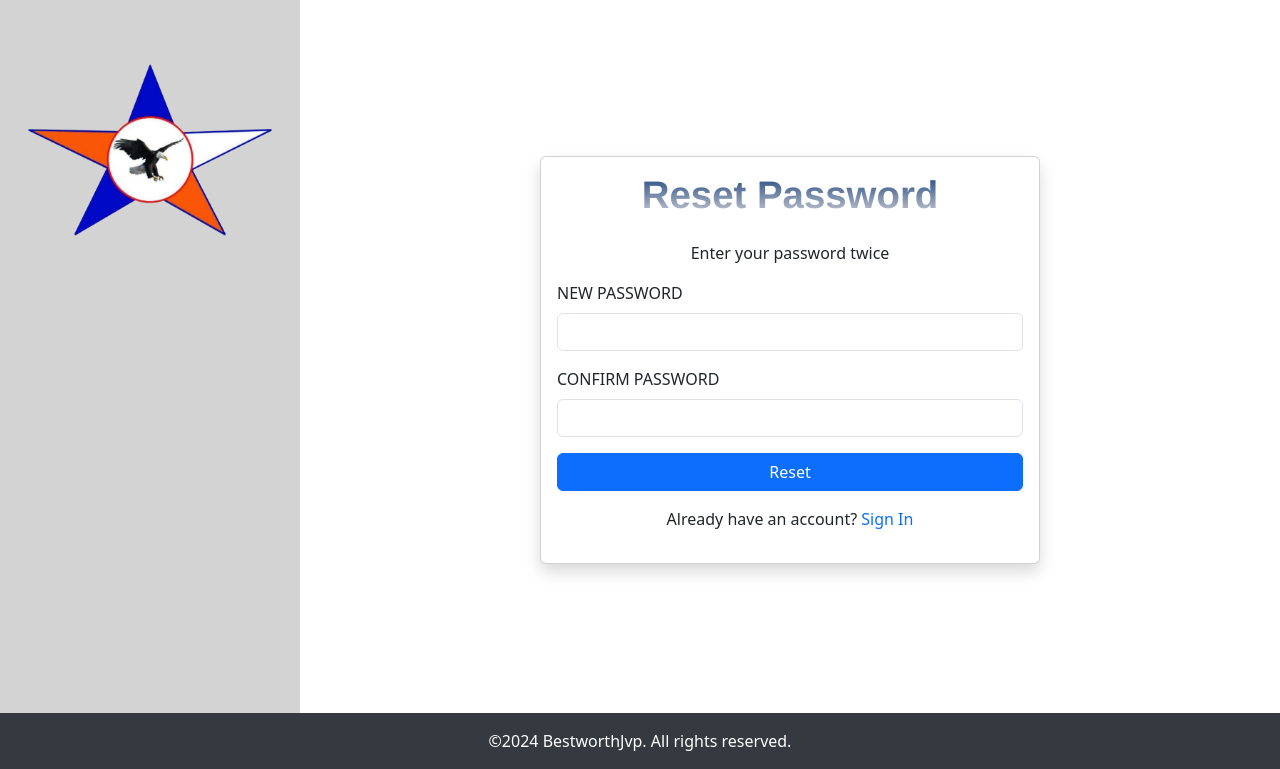
Repository: OVictor21/inventory
Page: /Reset2
These files come from the project's save history. The page is drawn as it stood at one moment and after the next save; the edit follows.
The browser window is 1280 px wide. The pictures show the whole page.
The project was rebuilt for these pictures with package versions that can differ from the ones it lists, and the page was loaded fresh each time. Also part of the build but not shown: src/components/login.jsx, src/components/signup.jsx, src/components/reset1.jsx.

Above is the page before, as saved 2024-12-15 15:10:51.

After the next save:
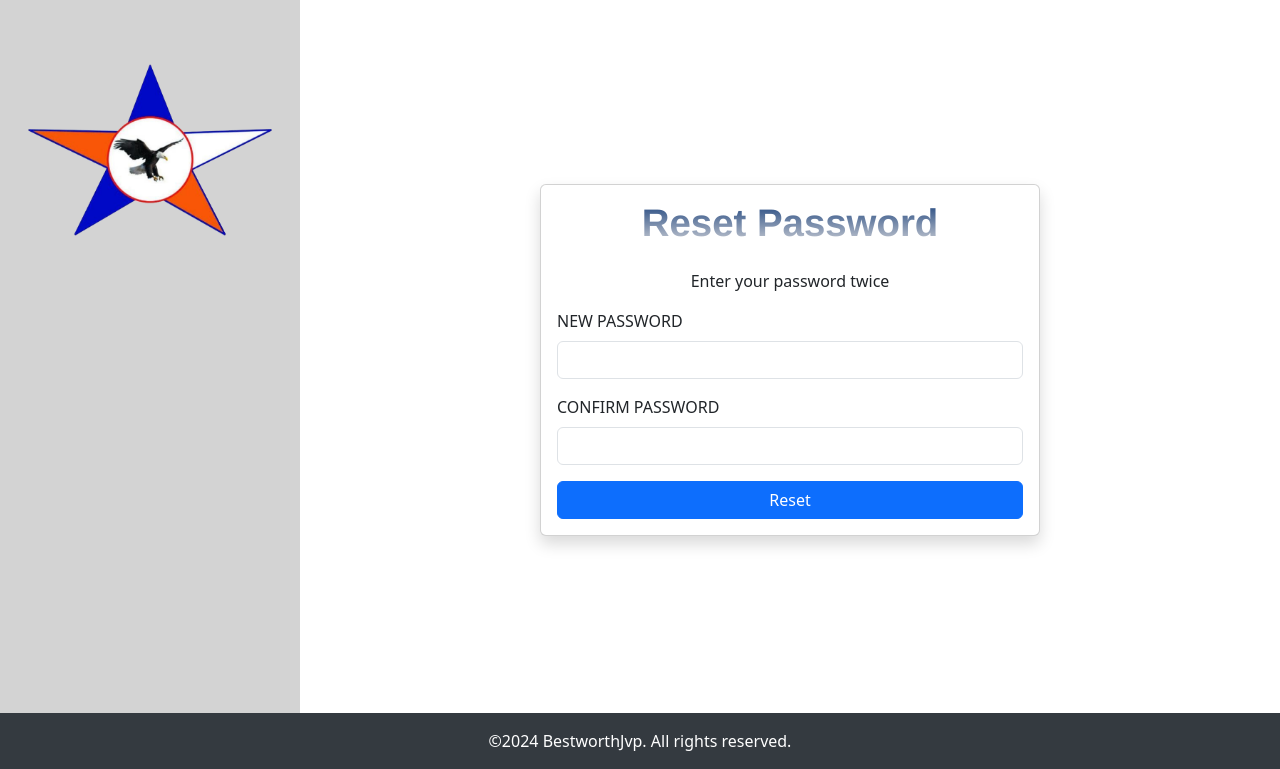
Saved 23 s later.
--- a/src/components/reset2.jsx
+++ b/src/components/reset2.jsx
@@ -40,10 +40,6 @@
             </div>
 
 
-              <div className="text-center mt-3 ">
-      <p>Already have an account?{' '}<a href="/login" className="text-decoration-none">Sign In</a></p>
-    </div>
-
             </form>
           </div>
 
